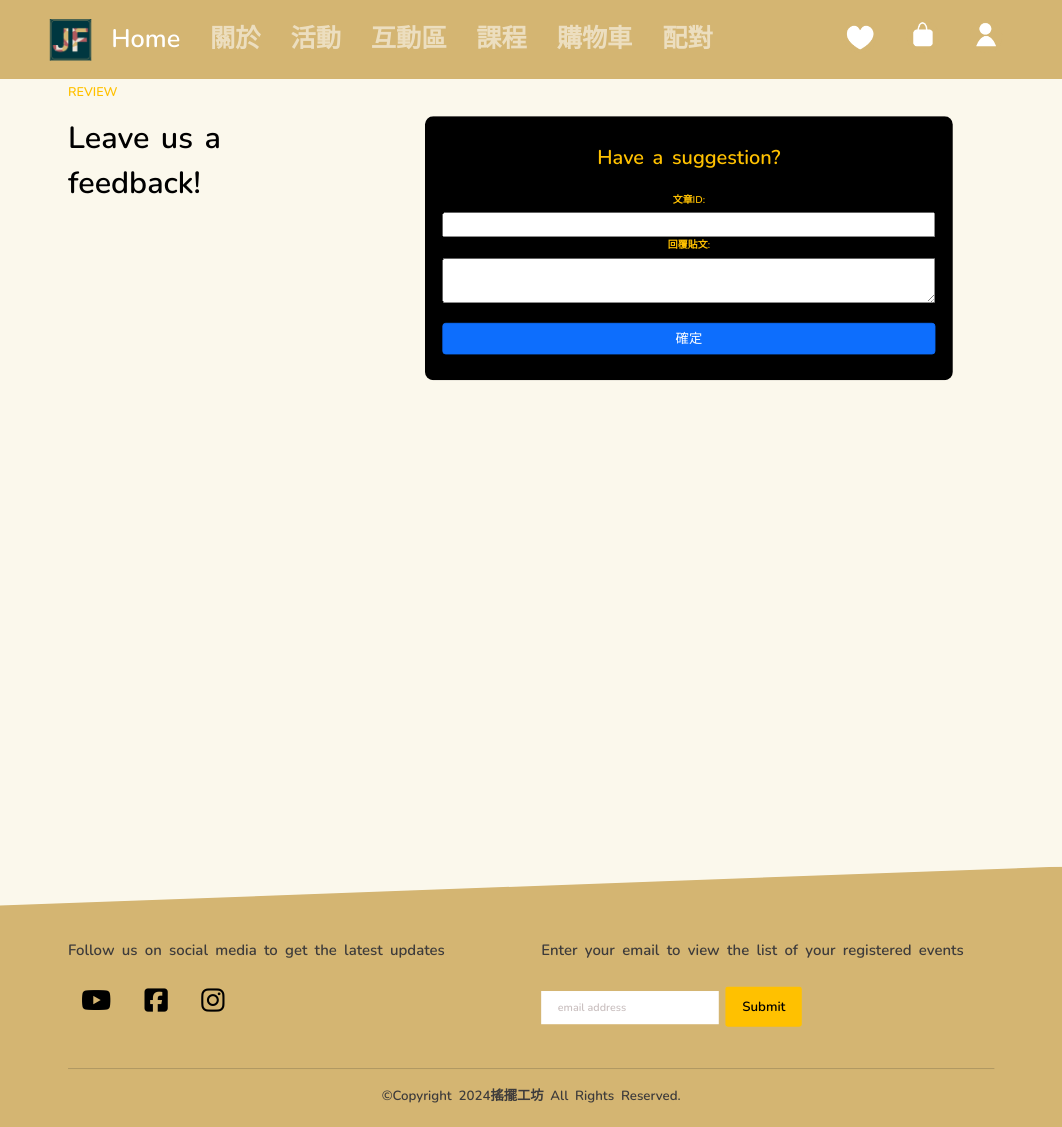
Repository: mmmooonnn0211/project
Page: workspace/demoSpringBoot-1/src/main/resources/static/html/ReplyInsertFront.html
The author's editor kept a copy of each file at every save. The page is drawn from the files as they stood at one save, then again after the next save.
The browser window is 1280 px wide. The pictures show the whole page, at 83% of full size.
Some web libraries are served in a nearby version.

Above is the page before, as saved 2024-05-07 18:03:21.

### workspace/demoSpringBoot-1/src/main/resources/static/html/ReplyInsertFront.html
<!DOCTYPE html>
<html lang="en">

<head>
	<meta charset="UTF-8">
	<meta name="viewport" content="width=device-width, initial-scale=1.0">
	<style>
		.main {
			min-height: 55vh;
			/* 让 .slant 至少占据整个视口高度 */

		}
	</style>
	<!-- Bootstrap CSS -->
	<link href="https://cdn.jsdelivr.net/npm/bootstrap@5.0.0-beta3/dist/css/bootstrap.min.css" rel="stylesheet"
		integrity="sha384-eOJMYsd53ii+scO/bJGFsiCZc+5NDVN2yr8+0RDqr0Ql0h+rP48ckxlpbzKgwra6" crossorigin="anonymous">
	<script src="https://kit.fontawesome.com/4287c80df9.js" crossorigin="anonymous"></script>

	<!--Google Font : Nunito-->
	<link rel="preconnect" href="https://fonts.gstatic.com">
	<link href="https://fonts.googleapis.com/css2?family=Nunito:wght@600&display=swap" rel="stylesheet">

	<!-- For style(All CSS content) -->
	<link rel="stylesheet" type="text/css" href="../styles/home.css" />
	<link rel="stylesheet" type="text/css" href="../styles/footer.css" />
	<link rel="stylesheet" type="text/css" href="../styles/navbar.css" />
	<link rel="icon" href="images/favicon.ico">

	<!-- JS Bundle for BS  -->
	<script src="https://cdn.jsdelivr.net/npm/popper.js@1.16.1/dist/umd/popper.min.js"
		integrity="sha384-9/reFTGAW83EW2RDu2S0VKaIzap3H66lZH81PoYlFhbGU+6BZp6G7niu735Sk7lN" crossorigin="anonymous">
		</script>
	<title>範本</title>
</head>


<body>
	<form method="post" action="/ReplyinsertFront.controller" onsubmit="return validateForm();">
		<div class="container text-center">
			<div class="row" style="margin-bottom: 100px; margin-top: 100px;">
				<div class="col-md-4" style="text-align: left;">
					<p class="review">REVIEW</p>
					<p class="feedback">Leave us a <br>feedback!</p>
				</div>
				<div class="col-sm-8">
					<div class="container" id="cards">
						<div class="card">
							<div id="sugg" class="neon-yellow">Have a suggestion?</div>
							<br>
							<div id="text" class="neon-yellow">文章ID:</div>
							<input id="LTId" name="LTId" />

							<div id="text" class="neon-yellow">回覆貼文:</div>
							<textarea id="replypost" name="replypost"></textarea>

							<br />
							<button type="submit" class="btn btn-primary">確定</button>
						</div>
					</div>
				</div>
			</div>
		</div>
	</form>
	<div class="container-fluid" style="margin-top: 150px;">

	</div>
	<!-- <section> -->
	<div class="main">
		<div class="container text-center">

		</div>
	</div>
	<script src="https://cdn.jsdelivr.net/npm/bootstrap@5.0.0-beta3/dist/js/bootstrap.bundle.min.js"
		integrity="sha384-JEW9xMcG8R+pH31jmWH6WWP0WintQrMb4s7ZOdauHnUtxwoG2vI5DkLtS3qm9Ekf" crossorigin="anonymous">
		</script>


	<div align="center"></div>
	<div class="container">
	</div>
	<script>
		function validateForm() {
			var replypostInput = document.getElementsByName('replypost')[0].value.trim();
			var userIdInput = document.getElementsByName('userId')[0].value.trim();
			var LTIdInput = document.getElementsByName('LTId')[0].value.trim();

			if (replypostInput === '' || userIdInput === '' || LTIdInput === '') {
				Swal.fire({
					icon: 'warning',
					title: '請輸入完整資訊😒',
					showConfirmButton: false,
					timer: 1500
				});
				return false;
			}
			return true;
		}
	</script>

	<script>

		fetch('basic.html')
			.then(response => response.text())
			.then(html => {
				document.body.innerHTML += html;
			});


	</script>
</body>

</html>

### workspace/demoSpringBoot-1/src/main/resources/static/styles/home.css
/* hiding vertical scroll bar from every page */
::-webkit-scrollbar {
  width: 0 !important
}




body {
  font-family: 'Nunito', sans-serif;
  background-color: #FBF8EC;
  word-spacing: 0.25rem;
}

::selection {
  color: black;
  background: #ffc100;
}

::placeholder {
  color: rgb(202, 192, 192);
}

.neon-yellow {
  color: #ffc100;
}

.working-heading {
  font-size: 2.3rem;
  font-weight: bold;
  color: black;
}


.date-style {
  font-weight: 850;
  padding: 0 0 0.3rem 0;
}

.sub-heading {
  font-size: 1.5rem;
  font-weight: 1000;
  padding: 0 0 0.3rem 0;
}

.small-subtext {
  color: black;
  font-weight: 700;
  font-size: 1rem;
}

.process-heading {
  font-weight: 1000;
  font-size: 0.95rem;
}

.eng,
.feedback,
.some {
  font-size: 2.3rem;
  font-weight: 1000;
  color: black;
}

.center-line {
  border-left: 0.58rem solid #ffc100;
  height: 110%;
  position: absolute;
  top: 0%;
  left: 0%;
}

.padding-for-mobile {
  padding: 0 1rem 2rem 4rem;
  text-align: left;
  /*background-color:  white;*/
}

.stickyy-corner {
  position: -webkit-sticky;
  position: sticky;
  top: 0;
}

.timeline-left-style {
  color: black;
  text-align: right;
  padding: 0 4rem 0 5.2rem;
}

.timeline-right-style {
  color: black;
  text-align: left;
  position: relative;
  padding: 0 5.2rem 0 4rem;
  overflow-y: hidden;
}

.d-block {
  margin-top: 2%;
  border-radius: 7px;
  border: 3px solid rgb(245, 241, 241);
  width: 100%;
}

.chess,
.review,
.event {
  color: #ffc100;
  font-weight: 850;
  font-size: 0.95rem;
}


#text {
  font-weight: 850;
  font-size: 0.75rem;
  margin-bottom: 7px;
}

#sugg {
  font-size: 1.5rem;
  font-weight: 1000;
}

#btn {
  background-color: #ffc100;
  color: rgb(0, 0, 0);
  padding: 10px 20px;
  text-align: center;
  border: none;
  border-radius: 3px;
  display: block;
  margin: auto;
  margin-top: 15px;
  font-weight: bold;
}


#box,
#msg {
  background-color: #DDDDDD;
  border-radius: 3.5px;
  border: none;
  margin-bottom: 12px;
  width: 100%;
}

#msg {
  height: 120px;
}

#box {
  height: 35px;
}

#spon {
  color: black;
  margin-top: 60px;
  display: flex;
  justify-content: space-evenly;
  align-items: center;
  font-weight: bold;
  margin-bottom: 20px;
}

.image {
  height: 100px;
}

.image3 {
  height: 250px;
  overflow-y: hidden;
}

.pic1,
.pic2 {
  font-weight: bold;
  font-size: medium;
}

.pic1 {
  margin-top: 20px;
}

.column {
  display: flex;
  flex-direction: column;
  justify-content: space-evenly;
  align-items: center;
}

.columns {
  display: flex;
  flex-direction: column;
  justify-content: center;
  align-items: flex-start;
}

.pic2 {
  color: gray;
  font-size: small;
}

.event,
.some,
.last,
.pic,
.pic1,
.pic2 {
  display: flex;
  justify-content: space-evenly;
  align-items: center;
}

.subhead {
  color: black;
  font-size: 3rem;
  overflow-y: hidden;
}

.active {
  color: #ffc100;
}

.active:hover {
  color: #ffc100;
}

p {
  color: black;
}

.title-img {
  width: 25%;
  margin-left: 8%;
  transform: rotate(10deg);
}

.hover {
  color: #ffc100;
}

.title-img3 {
  width: 25%;
  transform: rotate(-10deg);
}

.title-img2 {
  width: 35%;
  padding-right: 5%;
  padding-left: 5%;


}

.carousel-img-styles {
  border: 0.13rem solid black;
  border-radius: 1rem;
}

h1 {
  font-size: 5rem;
  line-height: 1.5;
  font-weight: 900;
}

#title {
  margin-bottom: 11rem;
}

.col-lg-3 {
  padding-left: 3rem;
}

.ex-btn {
  margin-top: 2.5rem;
  margin-bottom: 30px;
}

.carousel-container {
  width: 55%;
}

#cards {
  padding: 10px 50px;
}

.card {
  background-color: black;
  border-radius: 10px;
  /* display: block;
    margin: auto;
    font: 16px;
    width:55%; */
  padding: 30px 20px;

}

@media only screen and (max-width: 767px) {
  .small-subtext {
    font-size: 0.8rem;
  }

  .padding-for-mobile {
    padding: 0 0 4rem 2rem;
  }

  /*
  .sticky-corner {
    position: static;
  }
  */
  #cards {
    padding: 0px 20px;
  }


  .sub-heading {
    font-size: 1.3rem;
  }

  .process-heading {
    font-size: 0.85rem;
  }

  .working-heading {
    font-size: 1.5rem;
  }

  .timeline-left-style {
    padding: 0 2.5rem 0 3rem;
  }

  .timeline-right-style {
    padding: 0 3rem 0 2.5rem;
  }

  #spon {
    font-size: 1.5rem;
  }

  .some,
  .eng,
  .feedback {
    font-size: 1.5rem;
  }

  .card {
    width: 100%;
  }

  .pic {
    flex-direction: column;
  }

  .carousel-container {
    width: 85%;
  }
}

@media only screen and (max-width: 575px) {

  .title-img,
  .title-img3 {
    display: none;
  }

  .title-img2 {
    display: block;
    margin: auto;
    width: 100%;
    padding: 50px;
  }
}

@media only screen and (max-width: 375px) {


  .date-style {
    font-size: 0.8rem;
  }

  .sub-heading {
    font-size: 0.9rem;
  }

  .small-subtext {
    font-size: 0.7rem;
  }

  .timeline-left-style {
    padding: 0 1.6rem 0 2rem;
  }

  .timeline-right-style {
    padding: 0 2rem 0 2rem;
  }
}

### workspace/demoSpringBoot-1/src/main/resources/static/styles/footer.css
/*
hiding vertical scroll bar from every page
*/
::-webkit-scrollbar {
    width: 0 !important
}




.slant {
    /* width: 110%;
    background-color: #DDDDDD;
    transform: rotate(-3deg);
    height: 100px; */
    clip-path: polygon(0 15%, 100% 0, 100% 100%, 0 100%);
  }

  .container{
    margin-top: 30px;
  }

  .left, .right {
    font-size: large;
    font-weight: bold;
    margin-top: 50px;
    color: rgb(61, 59, 59);
    margin-bottom: 30px;
  }

  .below {
    background-color:#D4B572;
    position: relative;
    padding-top: 8px;
    padding-bottom: 6px;
    width: 100%;
    height: 100%;
  }

  #mail {
    border: none;
    height: 30px;
    padding: 20px;
    font-size: small;
    font-weight: bold;
  }

  #bttn {
    background-color: #ffc100;
    color: black;
    padding: 12px 20px;
    text-align: center;
    border: none;
    border-radius: 3px;
    font-weight: bold;
  }


  .fa-youtube:hover{
    color: rgb(230, 59, 59);
    transition: 0.5s;
  }

  .fa-twitter:hover, .fa-facebook-square:hover{
    color: rgba(18, 212, 212, 0.596);
    transition: 0.5s;
  }

  .fa-instagram:hover{
    color: rgb(218, 30, 61);
    transition: 0.5s;
  }

  .fa-github{
    color: rgb(43, 36, 36);
    transition: 0.5s;
  }

  .fab {
    padding: 0 1rem 0 1rem;
    font-size: 2rem;
    color: black;
  }

  .last {
    font-weight: 900;
    color: rgb(61, 59, 59);
    margin: 20px;
    display: flex;
  justify-content: space-evenly;
  align-items: center;
  }

  @media only screen and (max-width: 767px) {
    .slant{
      clip-path: polygon(0 5%, 100% 0, 100% 100%, 0 100%);
    }
  }

  @media only screen and (max-width: 375px) {
    .slant{
      clip-path: polygon(0 5%, 100% 0, 100% 100%, 0 100%);
    }
  }

### workspace/demoSpringBoot-1/src/main/resources/static/styles/navbar.css
/* 鼠標移動導覽列*/
.nav-item :hover {
  color: rgb(255, 128, 128);
  cursor: pointer;
  background-color: #B15A5E;
  border-radius: 10px;
}

.navbar a {
  color: #ff2600a2;
  border-radius: 10px;
}


.navbar {
  padding: 1rem 2rem;
  position: fixed;
  z-index: 100;
  width: 100%;
  margin: 0;
  top: 0;
  left: 0;
  background-color: #D4B572;
}

.nav-item {
  padding: 0 20px 0 0;
}

.nav-link {
  font-size: 1.9rem;
  font-weight: 900;

}


.dropdown-item,
.dropdown-menu {
  background-color: #B15A5E;
  color: #BF3F41;
  ;
  margin: 0;
}






.dropdown-menu a {
  color: white;
  ;
  text-decoration: none;
  display: block;
  text-align: left;
}

### workspace/demoSpringBoot-1/src/main/resources/static/html/basic.html
<!doctype html>
<html lang="en">

<head>
    <!-- Required meta tags -->
    <meta charset="utf-8">
    <meta name="viewport" content="width=device-width, initial-scale=1">




    <title>JFSwing</title>
</head>

<body>

    <!-- Shashank's Section -->
    <!-- <section class="title"> -->
    <!-- Navbar section -->
    <nav class="navbar navbar-expand-lg navbar-dark">
        <!-- <LOGO> -->
        <div class="container-fluid">
            <div width="50px" height="50px">
                <a class="m-3" href="index.html"> <img src="../images/LOGO.png" width="50px" height="50px"
                        alt="Eternals">
                </a>
                <button class="navbar-toggler" type="button" data-bs-toggle="collapse" data-bs-target="#navbarCollapse"
                    aria-controls="navbarCollapse" aria-expanded="false" aria-label="Toggle navigation">
                    <span class="navbar-toggler-icon"></span>
                </button>
            </div>
            <div class="collapse navbar-collapse" id="navbarCollapse">
                <ul class="navbar-nav ">
                    <li class="nav-item">
                        <a class="nav-link active" href="frontPage.html">Home </a>
                    </li>
                    <li class="nav-item">
                        <a class="nav-link" href="about.html">關於</a>
                    </li>
                    <li class="nav-item">
                        <a class="nav-link" href="EventAll.html">活動</a>
                    </li>
                    <li class="nav-item">
                        <a class="nav-link" href="/LTSelectAll2">互動區</a>
                    </li>
                    <li class="nav-item">
                        <a class="nav-link" href="contact.html">課程</a>
                    </li>
                    <li class="nav-item">
                        <a class="nav-link" href="">購物車</a>
                    </li>
                    <li class="nav-item">
                        <a class="nav-link" href="">配對</a>
                    </li>

                </ul>

            </div>

            <!-- <右上角的東西> -->
            <div class="navbar-nav justify-content-end">
                <ul class="navbar-nav">
                    <li class="nav-item">
                        <div class="m-2 rounded-circle overflow-hidden align-self-center ratio ratio-1x1"
                            style="width: 40px">
                            <img src="../images/LOVE.png" alt="" class="object-fit-cover w-100 h-100" />
                        </div>
                    </li>
                    <li class="nav-item">
                        <div class="m-2 rounded-circle overflow-hidden align-self-center ratio ratio-1x1"
                            style="width: 40px">
                            <img src="../images/SHOP.png" alt="" class="object-fit-cover w-100 h-100" />
                        </div>
                    </li>
                    <li class="nav-item">
                        <a href="#" target="_blank"
                            class="m-2 rounded-circle overflow-hidden align-self-center ratio ratio-1x1"
                            style="width: 40px; display: inline-block;">
                            <img src="../images/MAN.png" alt="Facebook" class="object-fit-cover w-100 h-100" />
                        </a>
                    </li>

                </ul>

            </div>
        </div>
    </nav>

    <!-- Title -->
    <!-- <中間> -->



    <!-- footer-->
    <div class="slant footer-content mt-auto">

        <footer class="below">
            <div class="container">
                <div class="row">
                    <div class="col-lg-6">
                        <p class="left">Follow us on social media to get the latest updates</p>
                        <a href="#"><i class="fab fa-youtube"></i></a>
                        <a href="https://www.facebook.com/apple.hi.77?mibextid=kFxxJD"><i
                                class="fab fa-facebook-square"></i></a>
                        <a href="#"><i class="fab fa-instagram"></i></a>

                    </div>
                    <div class="col-lg-6">
                        <p class="right">Enter your email to view the list of your registered events</p>
                        <input id="mail" placeholder="email address">
                        <span><button id="bttn">
                                Submit </button></span>
                    </div>
                </div>
                <hr style="margin-top: 50px;">
            </div>
            <div class="last">&copy;Copyright 2024搖擺工坊 All Rights Reserved.</div>
        </footer>

    </div>



</body>

</html>

After the next save:
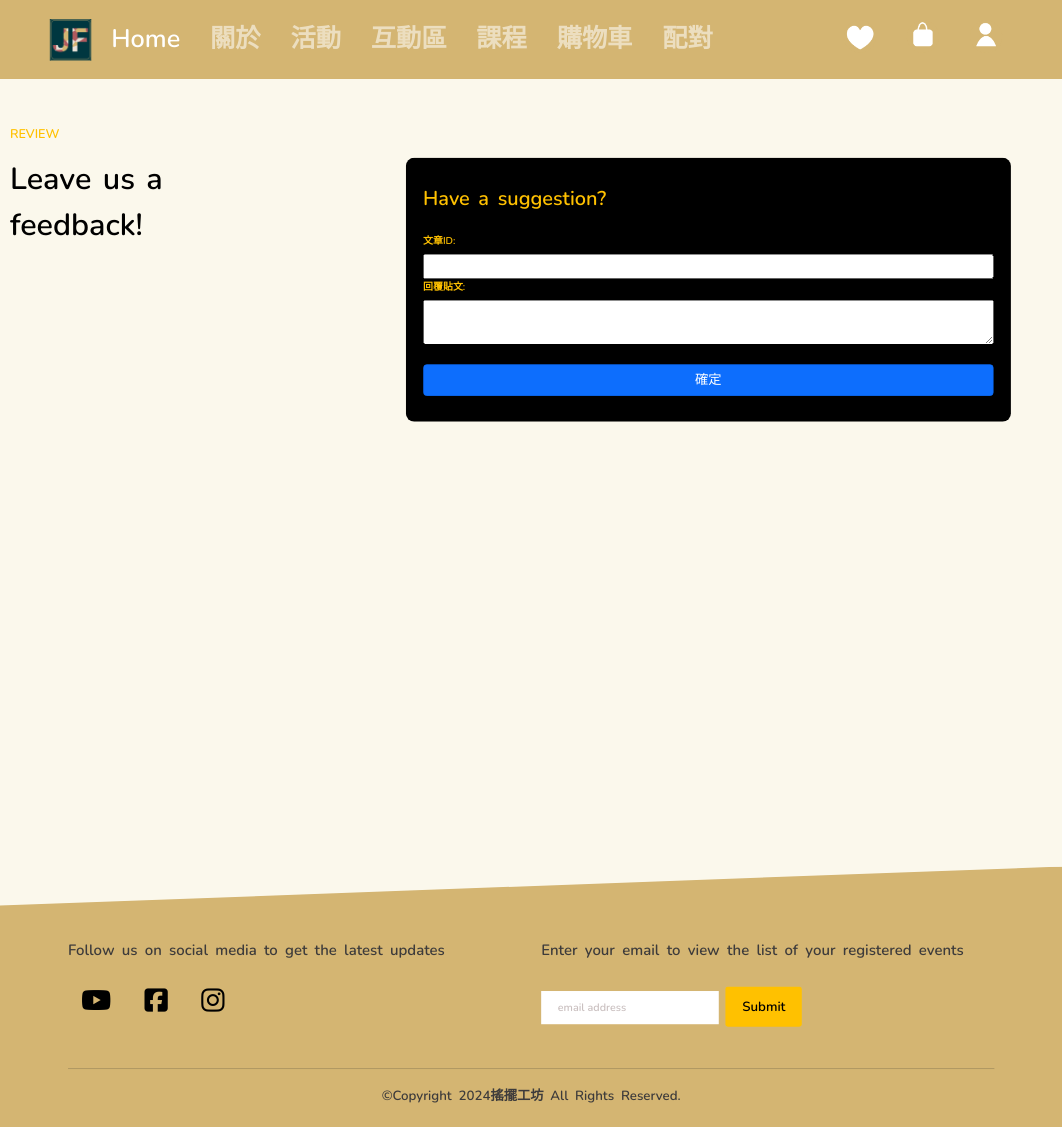
Saved 29 s later.
--- a/workspace/demoSpringBoot-1/src/main/resources/static/html/ReplyInsertFront.html
+++ b/workspace/demoSpringBoot-1/src/main/resources/static/html/ReplyInsertFront.html
@@ -36,7 +36,7 @@
 
 <body>
 	<form method="post" action="/ReplyinsertFront.controller" onsubmit="return validateForm();">
-		<div class="container text-center">
+		<div class="container-fluid" style="margin-top: 150px;">
 			<div class="row" style="margin-bottom: 100px; margin-top: 100px;">
 				<div class="col-md-4" style="text-align: left;">
 					<p class="review">REVIEW</p>
@@ -61,7 +61,7 @@
 			</div>
 		</div>
 	</form>
-	<div class="container-fluid" style="margin-top: 150px;">
+
 
 	</div>
 	<!-- <section> -->
